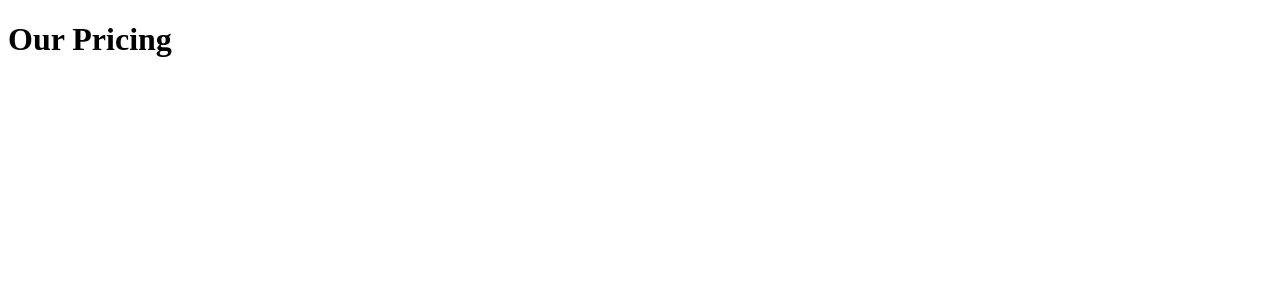
Repository: lah23500/Pricing-App
Page: Price landing page/index.html
These files come from the project's save history. The page is drawn as it stood at one moment and after the next save; the edit follows.
The browser window is 1280 px wide. The pictures show the whole page.

Above is the page before, as saved 2024-01-19 13:47:19.

After the next save:
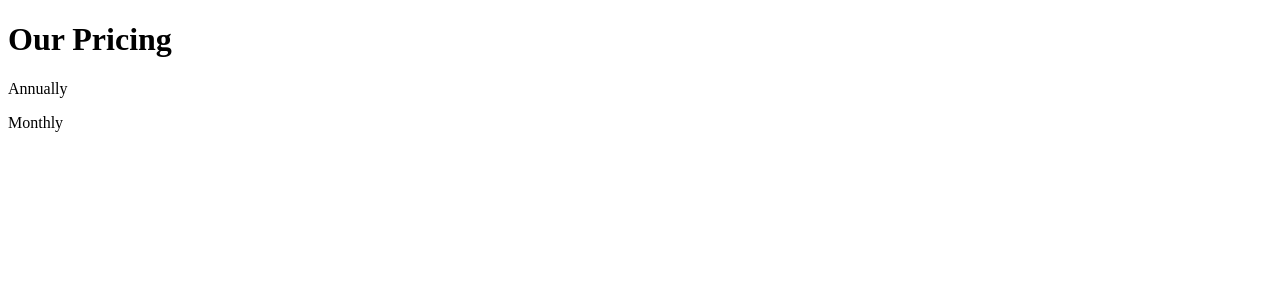
Saved 2 min 6 s later.
--- a/Price landing page/index.html
+++ b/Price landing page/index.html
@@ -9,6 +9,11 @@
   <body>
     <header>
       <h1>Our Pricing</h1>
+      <nav>
+        <p>Annually</p>
+
+        <p>Monthly</p>
+      </nav>
     </header>
   </body>
 </html>
